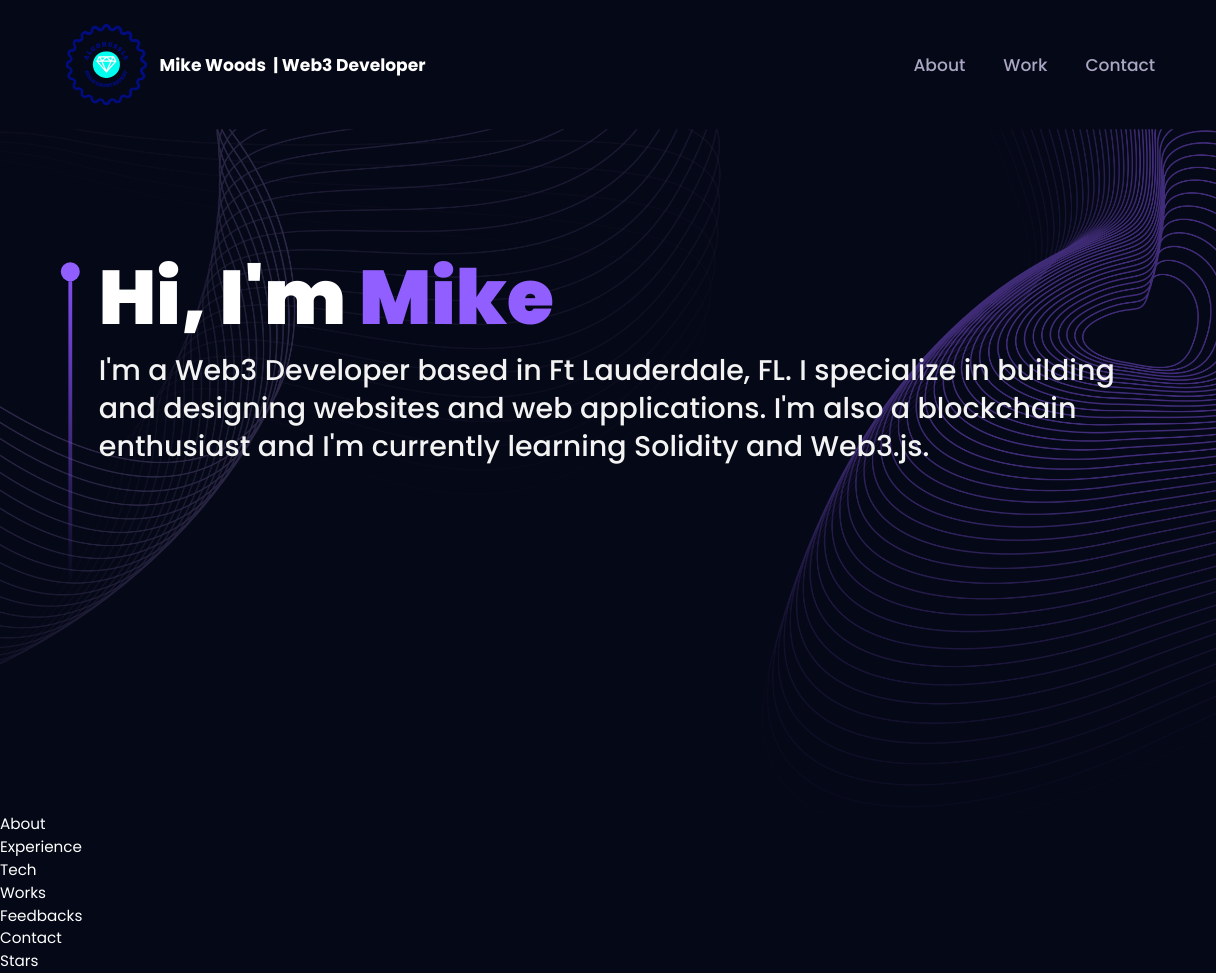
Repository: MikeeBuilds/3D-portfolio
Page: /
The author's editor kept a copy of each file at every save. The page is drawn from the files as they stood at one save, then again after a run of saves.
The browser window is 1280 px wide. The pictures show the whole page, at 95% of full size.
The project was rebuilt for these pictures with package versions that can differ from the ones it lists, and the page was loaded fresh each time. Also part of the build but not shown: vite.config.js, src/components/canvas/Earth.jsx, src/components/canvas/Ball.jsx, src/components/canvas/Computers.jsx.

Above is the page before, as saved 2023-03-04 15:04:33.

### index.html
<!DOCTYPE html>
<html lang="en">
  <head>
    <meta charset="UTF-8" />
    <link rel="icon" type="image/svg+xml" href="/logo.svg" />
    <meta name="viewport" content="width=device-width, initial-scale=1.0" />
    <title>Algo Hussle Portfolio</title>
  </head>
  <body>
    <div id="root"></div>
    <script type="module" src="/src/main.jsx"></script>
  </body>
</html>

### src/App.jsx
import { BrowserRouter } from "react-router-dom";
import { About, Contact, Experience, Feedbacks,
Hero, Navbar, Tech, Works, StarsCanvas } from "./components";

const App = () => {
  return (
    <BrowserRouter>
      <div className="relative z-0 bg-primary">
        <div className="bg-hero-pattern bg-cover
        bg-no-repeat bg-center">
          <Navbar />
          <Hero />
        </div>
        <About />
        <Experience />
        <Tech />
        <Works />
        <Feedbacks />
        <div className="relative z-0">
          <Contact />
          <StarsCanvas />
        </div>
      </div>
    </BrowserRouter>
  )
};

export default App

### src/components/Hero.jsx
import React from 'react';
import { motion } from 'framer-motion';
import { styles } from '../styles';
import { ComputersCanvas } from './canvas';

const Hero = () => {
  return (
    <section className='relative w-full h-screen mx-auto'
    >
      <div className={`${styles.paddingX} absolute inset-0 top-[120px] max-w-7xl mx-auto flex flex-row items-start gap-5`}>
        <div className='flex flex-col items-center justify-center mt-5'>
          <div className='w-5 h-5 rounded-full bg-[#915eff]' />
          <div className='w-1 sm:h-80 h-40 violet-gradient' />
          </div>
          <div className=''>
            <h1 className={`${styles.heroHeadText} text-white`}>
              Hi, I'm <span className='text-[#915eff]'>Mike</span>
            </h1>
            <p className={`${styles.heroSubText} mt-2 text-white-100`}>
              I'm a Web3 Developer based in Ft Lauderdale, FL. I specialize in building and
                designing websites and web applications. I'm also a blockchain enthusiast and
                I'm currently learning Solidity and Web3.js.
            </p>
          </div>

      </div>
    </section>
  )
}

export default Hero

### src/components/Navbar.jsx
import React, { useEffect, useState} from 'react';
import { Link } from "react-router-dom";
import { styles } from '../styles';
import { navLinks } from "../constants";
import { logo, menu, close } from "../assets";

const Navbar = () => {
  const [active, setActive] = useState("");
  const [toggle, setToggle] = useState(false);

  return (
    <nav className={`${styles.paddingX} w-full flex items-center py-5 top-0 z-20 bg-primary`}
    >
      <div className="flex items-center justify-between w-full max-w-7xl mx-auto">
        <Link to="/"
              className='flex items-center gap-2 '
              onClick={() => {
                setActive("");
                window.scrollTo(0, 0);
              }}
              >
                <img
                  src={logo}
                  alt='logo'
                  className='w-24 h-24 object-contain'
                  />
                <p
                  className='text-white text-[18px] font-bold cursor-pointer flex'
                  >
                    Mike Woods &nbsp;
                    <span
                      className='sm:block hidden'
                      >
                        | Web3 Developer
                    </span>
                </p>
          </Link>
            <ul className='list-none hidden sm:flex flex-row gap-10'>
                {navLinks.map((link) => (
                    <li
                      key={link.id}
                      className={`${
                        active === link.title
                        ? "text-white"
                        : "text-secondary"
                      } hover:text-white text-[18px] font-medium cursor-pointer`}
                      onClick={() => setActive(link.title)}
                      >
                    <a href={`#${link.id}`}> {link.title}</a>
                    </li>

                ))}
            </ul>
            <div className='sm:hidden flex flex-1 justify-end items-center'>
              <img src={toggle ? close : menu }
                    alt="menu"
                    className='w-[28px] h-[28px] object-contain cursor-pointer'
                    onClick={() => setToggle(!toggle)}
              />
              <div className={`${!toggle ? 'hidden'
              : 'flex'} p-6 black-gradient absolute top-20 right-0 mx-4 my-2 min-w-[140px] z-10
              rounded-xl`}>

              <ul className='list-none flex justify-end items-start flex-col gap-4'>
                {navLinks.map((link) => (
                    <li
                      key={link.id}
                      className={`${
                        active === link.title
                        ? "text-white"
                        : "text-secondary"
                      } font-poppins font-medium cursor-pointer text-[16px]`}
                      onClick={() => {
                        setToggle(!toggle);
                        setActive(link.title);
                      }}
                      >
                    <a href={`#${link.id}`}> {link.title}</a>
                    </li>

                ))}
            </ul>
              </div>

            </div>
        </div>
      </nav>
  )
}

export default Navbar

### src/constants/index.js
import {
    mobile,
    backend,
    creator,
    web,
    javascript,
    typescript,
    html,
    css,
    reactjs,
    redux,
    tailwind,
    nodejs,
    mongodb,
    git,
    figma,
    docker,
    meta,
    starbucks,
    tesla,
    shopify,
    carrent,
    jobit,
    tripguide,
    threejs,
  } from "../assets";

  export const navLinks = [
    {
      id: "about",
      title: "About",
    },
    {
      id: "work",
      title: "Work",
    },
    {
      id: "contact",
      title: "Contact",
    },
  ];

  const services = [
    {
      title: "Web Developer",
      icon: web,
    },
    {
      title: "React Native Developer",
      icon: mobile,
    },
    {
      title: "Backend Developer",
      icon: backend,
    },
    {
      title: "Content Creator",
      icon: creator,
    },
  ];

  const technologies = [
    {
      name: "HTML 5",
      icon: html,
    },
    {
      name: "CSS 3",
      icon: css,
    },
    {
      name: "JavaScript",
      icon: javascript,
    },
    {
      name: "TypeScript",
      icon: typescript,
    },
    {
      name: "React JS",
      icon: reactjs,
    },
    {
      name: "Redux Toolkit",
      icon: redux,
    },
    {
      name: "Tailwind CSS",
      icon: tailwind,
    },
    {
      name: "Node JS",
      icon: nodejs,
    },
    {
      name: "MongoDB",
      icon: mongodb,
    },
    {
      name: "Three JS",
      icon: threejs,
    },
    {
      name: "git",
      icon: git,
    },
    {
      name: "figma",
      icon: figma,
    },
    {
      name: "docker",
      icon: docker,
    },
  ];

  const experiences = [
    {
      title: "React.js Developer",
      company_name: "Starbucks",
      icon: starbucks,
      iconBg: "#383E56",
      date: "March 2020 - April 2021",
      points: [
        "Developing and maintaining web applications using React.js and other related technologies.",
        "Collaborating with cross-functional teams including designers, product managers, and other developers to create high-quality products.",
        "Implementing responsive design and ensuring cross-browser compatibility.",
        "Participating in code reviews and providing constructive feedback to other developers.",
      ],
    },
    {
      title: "React Native Developer",
      company_name: "Tesla",
      icon: tesla,
      iconBg: "#E6DEDD",
      date: "Jan 2021 - Feb 2022",
      points: [
        "Developing and maintaining web applications using React.js and other related technologies.",
        "Collaborating with cross-functional teams including designers, product managers, and other developers to create high-quality products.",
        "Implementing responsive design and ensuring cross-browser compatibility.",
        "Participating in code reviews and providing constructive feedback to other developers.",
      ],
    },
    {
      title: "Web Developer",
      company_name: "Shopify",
      icon: shopify,
      iconBg: "#383E56",
      date: "Jan 2022 - Jan 2023",
      points: [
        "Developing and maintaining web applications using React.js and other related technologies.",
        "Collaborating with cross-functional teams including designers, product managers, and other developers to create high-quality products.",
        "Implementing responsive design and ensuring cross-browser compatibility.",
        "Participating in code reviews and providing constructive feedback to other developers.",
      ],
    },
    {
      title: "Full stack Developer",
      company_name: "Meta",
      icon: meta,
      iconBg: "#E6DEDD",
      date: "Jan 2023 - Present",
      points: [
        "Developing and maintaining web applications using React.js and other related technologies.",
        "Collaborating with cross-functional teams including designers, product managers, and other developers to create high-quality products.",
        "Implementing responsive design and ensuring cross-browser compatibility.",
        "Participating in code reviews and providing constructive feedback to other developers.",
      ],
    },
  ];

  const testimonials = [
    {
      testimonial:
        "I thought it was impossible to make a website as beautiful as our product, but Rick proved me wrong.",
      name: "Sara Lee",
      designation: "CFO",
      company: "Acme Co",
      image: "https://randomuser.me/api/portraits/women/4.jpg",
    },
    {
      testimonial:
        "I've never met a web developer who truly cares about their clients' success like Rick does.",
      name: "Chris Brown",
      designation: "COO",
      company: "DEF Corp",
      image: "https://randomuser.me/api/portraits/men/5.jpg",
    },
    {
      testimonial:
        "After Rick optimized our website, our traffic increased by 50%. We can't thank them enough!",
      name: "Lisa Wang",
      designation: "CTO",
      company: "456 Enterprises",
      image: "https://randomuser.me/api/portraits/women/6.jpg",
    },
  ];

  const projects = [
    {
      name: "Car Rent",
      description:
        "Web-based platform that allows users to search, book, and manage car rentals from various providers, providing a convenient and efficient solution for transportation needs.",
      tags: [
        {
          name: "react",
          color: "blue-text-gradient",
        },
        {
          name: "mongodb",
          color: "green-text-gradient",
        },
        {
          name: "tailwind",
          color: "pink-text-gradient",
        },
      ],
      image: carrent,
      source_code_link: "https://github.com/",
    },
    {
      name: "Job IT",
      description:
        "Web application that enables users to search for job openings, view estimated salary ranges for positions, and locate available jobs based on their current location.",
      tags: [
        {
          name: "react",
          color: "blue-text-gradient",
        },
        {
          name: "restapi",
          color: "green-text-gradient",
        },
        {
          name: "scss",
          color: "pink-text-gradient",
        },
      ],
      image: jobit,
      source_code_link: "https://github.com/",
    },
    {
      name: "Trip Guide",
      description:
        "A comprehensive travel booking platform that allows users to book flights, hotels, and rental cars, and offers curated recommendations for popular destinations.",
      tags: [
        {
          name: "nextjs",
          color: "blue-text-gradient",
        },
        {
          name: "supabase",
          color: "green-text-gradient",
        },
        {
          name: "css",
          color: "pink-text-gradient",
        },
      ],
      image: tripguide,
      source_code_link: "https://github.com/",
    },
  ];

  export { services, technologies, experiences, testimonials, projects };

### src/assets/index.js
import logo from "./logo.svg";
import backend from "./backend.png";
import creator from "./creator.png";
import mobile from "./mobile.png";
import web from "./web.png";
import github from "./github.png";
import menu from "./menu.svg";
import close from "./close.svg";

import css from "./tech/css.png";
import docker from "./tech/docker.png";
import figma from "./tech/figma.png";
import git from "./tech/git.png";
import html from "./tech/html.png";
import javascript from "./tech/javascript.png";
import mongodb from "./tech/mongodb.png";
import nodejs from "./tech/nodejs.png";
import reactjs from "./tech/reactjs.png";
import redux from "./tech/redux.png";
import tailwind from "./tech/tailwind.png";
import typescript from "./tech/typescript.png";
import threejs from "./tech/threejs.svg";

import meta from "./company/meta.png";
import shopify from "./company/shopify.png";
import starbucks from "./company/starbucks.png";
import tesla from "./company/tesla.png";

import carrent from "./carrent.png";
import jobit from "./jobit.png";
import tripguide from "./tripguide.png";

export {
  logo,
  backend,
  creator,
  mobile,
  web,
  github,
  menu,
  close,
  css,
  docker,
  figma,
  git,
  html,
  javascript,
  mongodb,
  nodejs,
  reactjs,
  redux,
  tailwind,
  typescript,
  threejs,
  meta,
  shopify,
  starbucks,
  tesla,
  carrent,
  jobit,
  tripguide,
};

### tailwind.config.cjs

/** @type {import('tailwindcss').Config} */
module.exports = {
  content: ["./src/**/*.{js,jsx}"],
  mode: "jit",
  theme: {
    extend: {
      colors: {
        primary: "#050816",
        secondary: "#aaa6c3",
        tertiary: "#151030",
        "black-100": "#100d25",
        "black-200": "#090325",
        "white-100": "#f3f3f3",
      },
      boxShadow: {
        card: "0px 35px 120px -15px #211e35",
      },
      screens: {
        xs: "450px",
      },
      backgroundImage: {
        "hero-pattern": "url('/src/assets/herobg.png')",
      },
    },
  },
  plugins: [],
};

Loaded but not shown: src/main.jsx (common file); src/index.css (common file); src/components/index.js (common file); src/components/canvas/index.js (common file); src/components/About.jsx (common file); src/components/Tech.jsx (common file); src/components/Experience.jsx (common file); src/components/Works.jsx (common file); src/components/Feedbacks.jsx (common file); src/components/Contact.jsx (common file); src/components/canvas/Stars.jsx (common file); src/styles.js (common file)

After the next 3 saves:
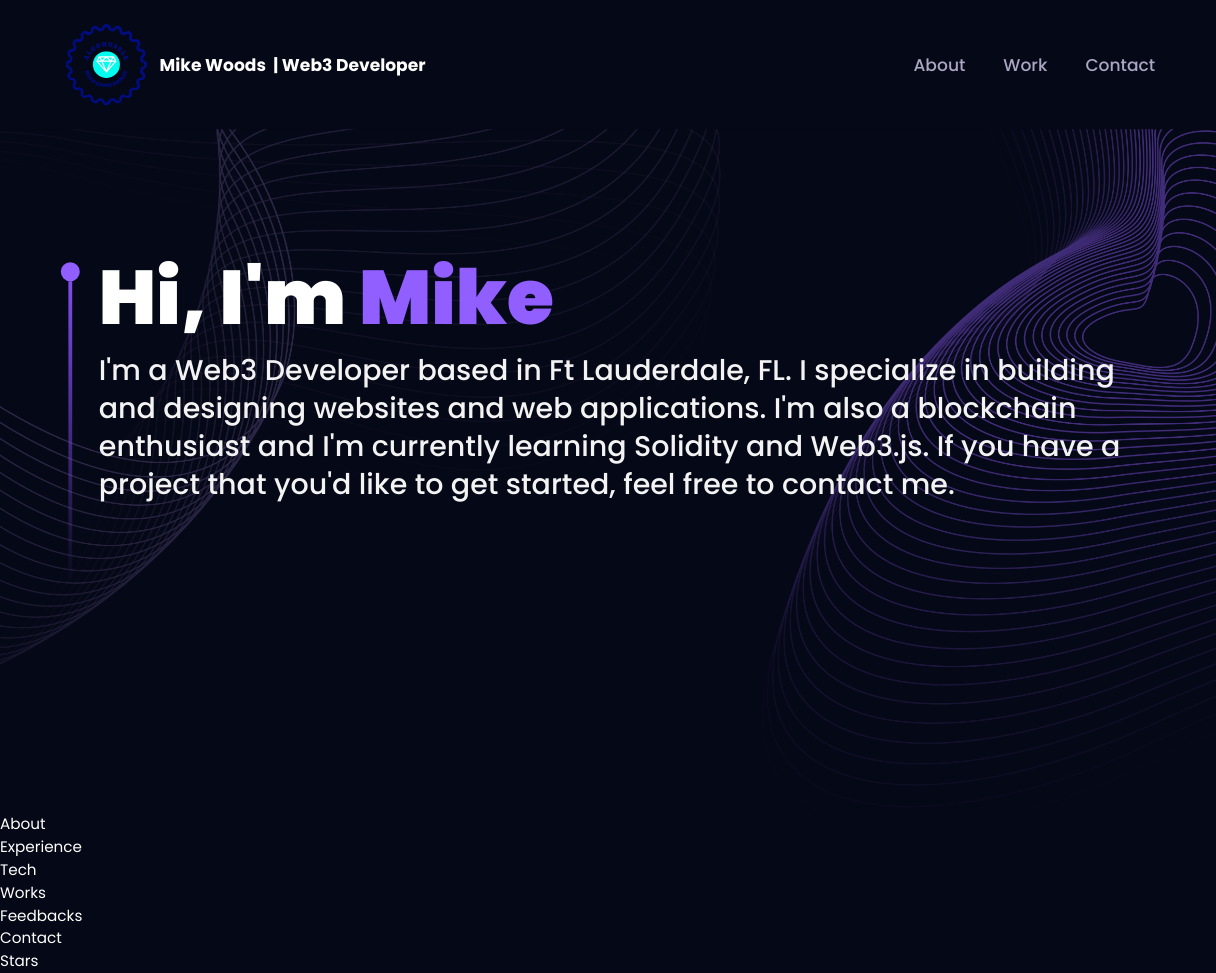
The 3 saves are shown as one change because they came seconds apart.
The last was saved 10 s later.
--- a/src/components/Hero.jsx
+++ b/src/components/Hero.jsx
@@ -19,7 +19,8 @@
             <p className={`${styles.heroSubText} mt-2 text-white-100`}>
               I'm a Web3 Developer based in Ft Lauderdale, FL. I specialize in building and
                 designing websites and web applications. I'm also a blockchain enthusiast and
-                I'm currently learning Solidity and Web3.js.
+                I'm currently learning Solidity and Web3.js. If you have a project that you'd
+                like to get started, feel free to contact me.
             </p>
           </div>
 
